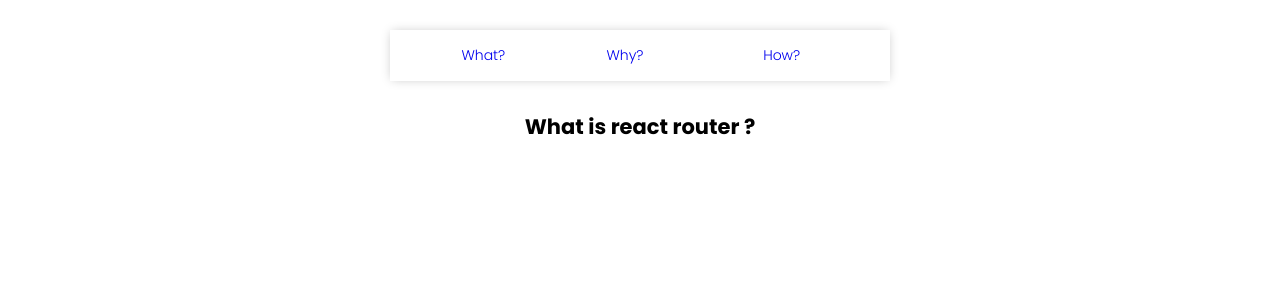
Repository: nguy3nds/2021-18-9-react
Page: /
The author's editor kept a copy of each file at every save. The page is drawn from the files as they stood at one save, then again after the next save.
The browser window is 1280 px wide. The pictures show the whole page.
The project was rebuilt for these pictures with package versions that can differ from the ones it lists, and the page was loaded fresh each time. Also part of the build but not shown: src/components/How.js, src/components/Why.js.

Above is the page before, as saved 2021-09-18 23:56:07.

### src/App.js
import React from "react";
import { BrowserRouter as Router, Switch, Route, Link } from "react-router-dom";
import "./App.css";
import What from "./components/What.js";
import How from "./components/How";
import Why from "./components/Why";

export default function App() {
  return (
    <Router>
      <div>
        <nav>
          <ul className="menu">
            <li class="menu-item has-child">
              <Link to="/">What?</Link>
            </li>
            <li className="menu-item has-child">
              <Link to="/about">Why?</Link>
            </li>
            <li className="menu-item has-child">
              <Link to="/users">How?</Link>
            </li>
          </ul>
        </nav>

        {/* A <Switch> looks through its children <Route>s and
            renders the first one that matches the current URL. */}
        <Switch>
          <Route path="/about">
            <How />
          </Route>
          <Route path="/users">
            <Why />
          </Route>
          <Route path="/">
            <What />
          </Route>
        </Switch>
      </div>
    </Router>
  );
}

### src/App.css
@import url("https://fonts.googleapis.com/css2?family=Poppins:wght@300;400;600;700&display=swap");
:root {
  --primary: #08aeea;
  --secondary: #13d2b8;
  --purple: #bd93f9;
  --pink: #ff6bcb;
  --blue: #8be9fd;
  --gray: #333;
  --font: "Poppins", sans-serif;
  --gradient: linear-gradient(40deg, #ff6ec4, #7873f5);
  --shadow: 0 0 15px 0 rgba(0, 0, 0, 0.05);
}
*,
*:before,
*:after {
  box-sizing: border-box;
}
html {
  font-size: 62.5%;
  text-align: center;
}

body {
  font-family: var(--font);
  font-size: 1.4rem;
  overflow-x: hidden;
  font-weight: 300;
}

img {
  display: block;
  max-width: 100%;
}

a {
  text-decoration: none;
}

input,
button,
textarea,
select {
  font-family: var(--font);
  font-size: 1.4rem;
  font-weight: 300;
  outline: none;
  border: 0;
  margin: 0;
  padding: 0;
  border-radius: 0;
  -webkit-appearance: none;
}

button {
  cursor: pointer;
}

.menu {
  position: relative;
  max-width: 500px;
  margin: 30px auto;
  display: grid;
  grid-template-columns: 1fr 1fr 1fr;
  justify-content: center;
  background-color: white;
  padding: 1.5rem;
  box-shadow: 0 0 10px -2px rgba(0, 0, 0, 0.25);
}
.menu:after {
  content: "";
  position: absolute;
  top: 0;
  right: 0;
  bottom: 0;
  left: 0;
  border-radius: inherit;
  background-image: linear-gradient(
    to right,
    transparent 33%,
    red calc(33%+2px),
    transparent calc(33%+2px),
    /* transparent calc(33%+2px),
    transparent 67%,
    black calc(67%) */
  );
}
.menu-link {
  font-size: 1.4rem;
  color: #918eae;
  display: block;
}
.menu-link:hover {
  color: #202842;
}
.menu-item {
  position: relative;
  margin: 0 5rem;
}

.menu-item::after {
  content: abc";
  color: red;
  background-color: #333;
  height: 45px;
  width: 5px;
}

.menu-child-link {
  display: flex;
  align-items: center;
  justify-content: space-between;
  padding: 1.5rem;
  color: #918eae;
}
.menu-child-item {
  position: relative;
}
.menu-child-link:hover {
  color: #202842;
}

.menu-toggle {
  display: none;
}
.nav {
  position: relative;
}
.arrow-right {
  display: none;
}
@media screen and (min-width: 1024px) {
  .arrow-down {
    display: none;
  }
  .arrow-right {
    display: block;
  }
  .menu-item:not(:first-child) {
    margin-left: 2rem;
  }
  .menu-child {
    position: absolute;
    top: 100%;
    left: 0;
    margin-top: 1rem;
    min-width: 20rem;
    background-color: white;
    box-shadow: var(--shadow);
    display: none;
  }
  .menu-child:before {
    content: "";
    position: absolute;
    top: 0;
    left: 0;
    width: 100%;
    height: 1rem;
    background-color: transparent;
    transform: translateY(-100%);
  }
  .menu-child1 {
    top: 0;
    left: 100%;
    margin-top: 0;
  }
  .menu-item.has-child:hover > .menu-child {
    display: block;
  }
  .menu-child-item.has-child:hover > .menu-child {
    display: block;
  }
}

ul li {
  list-style: none;
}
@media screen and (max-width: 1023px) {
  .menu {
    position: absolute;
    right: 0;
    top: 100%;
    min-width: 20rem;
    background-color: white;
    box-shadow: var(--shadow);
    flex-direction: column;
    display: none;
    z-index: 100;
  }
  .menu.show,
  .menu-child.show {
    display: block;
  }
  .menu-item:not(:last-child) {
    border-bottom: 1px solid #eee;
  }
  .menu-link {
    padding: 1.5rem;
    display: flex;
    justify-content: space-between;
    align-items: center;
  }
  .menu-child {
    display: none;
    background-color: #f6f6f6;
  }
  .menu-child1 {
    background-color: #eee;
  }
  .menu-toggle {
    width: max-content;
    font-size: 2rem;
    display: block;
    margin-left: auto;
    cursor: pointer;
  }
}

### src/components/What.js
import React from "react";

export default function What() {
  return <h2>What is react router ?</h2>;
}

Loaded but not shown: public/index.html (common file); src/index.js (common file); src/index.css (common file); src/reportWebVitals.js (common file)

After the next save:
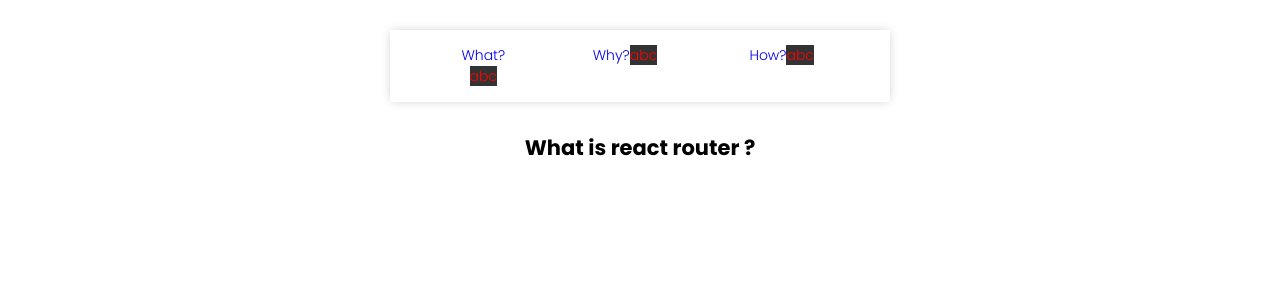
Saved 5 s later.
--- a/src/App.css
+++ b/src/App.css
@@ -98,7 +98,7 @@
 }
 
 .menu-item::after {
-  content: abc";
+  content: "abc";
   color: red;
   background-color: #333;
   height: 45px;

After the save that followed:
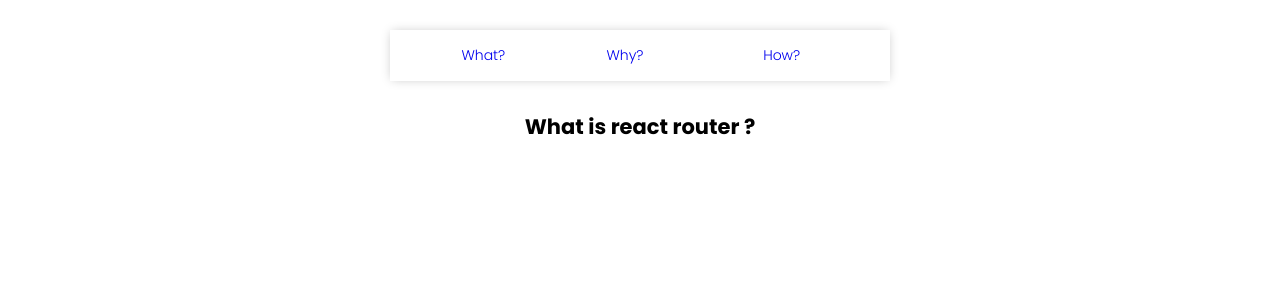
Saved 12 s later.
--- a/src/App.css
+++ b/src/App.css
@@ -97,14 +97,6 @@
   margin: 0 5rem;
 }
 
-.menu-item::after {
-  content: "abc";
-  color: red;
-  background-color: #333;
-  height: 45px;
-  width: 5px;
-}
-
 .menu-child-link {
   display: flex;
   align-items: center;
